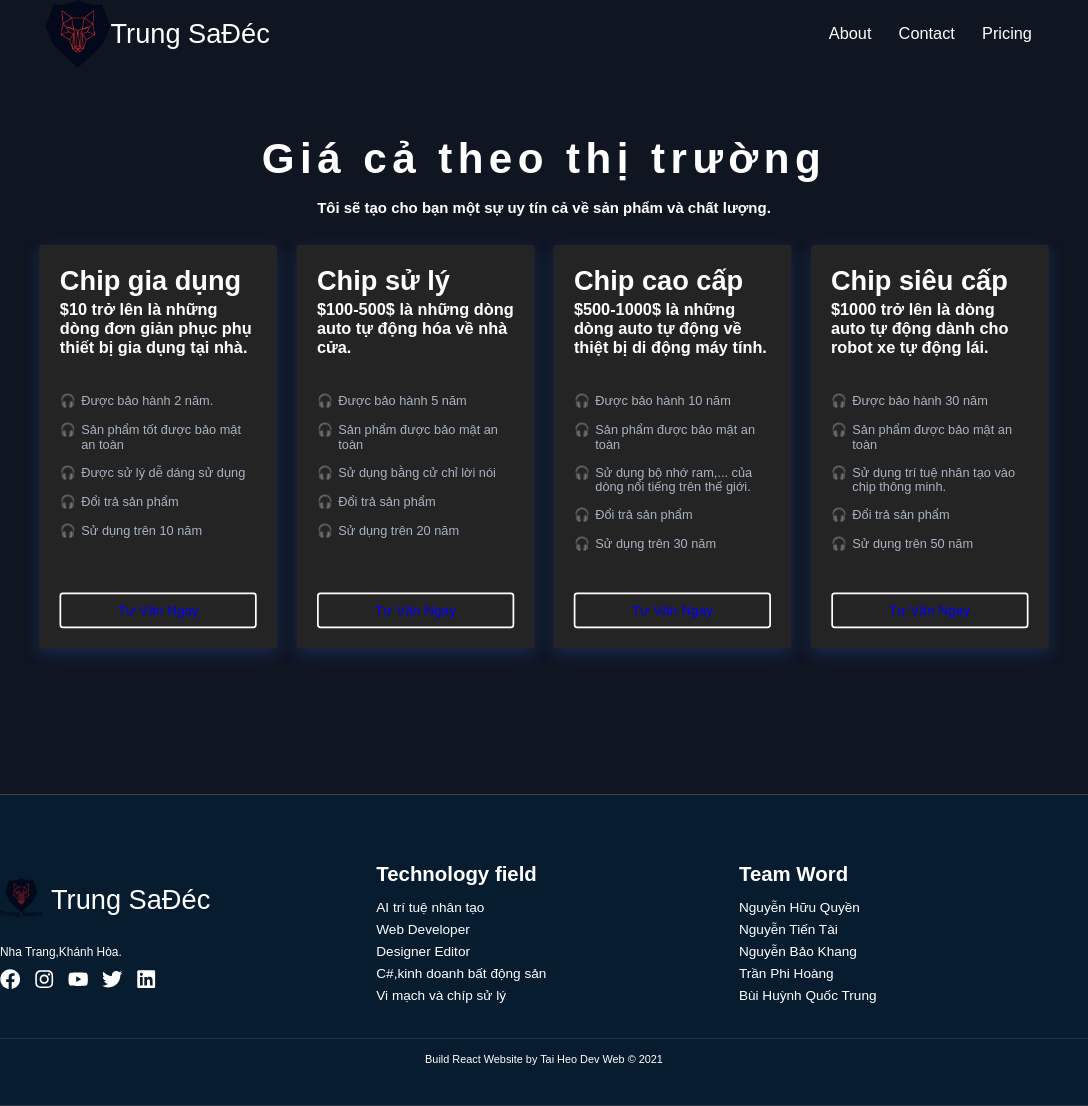
Repository: fdhhhdjd/Profile-Gift-B_H_Q_Trung
Page: /pricing
The author's editor kept a copy of each file at every save. The page is drawn from the files as they stood at one save, then again after the next save.
The browser window is 1280 px wide. The pictures show the whole page, at 85% of full size.
The project was rebuilt for these pictures with package versions that can differ from the ones it lists, and the page was loaded fresh each time. Also part of the build but not shown: src/Styles/FeaturesStyles.js, src/Components/FeaturesData.js, src/Styles/ContentStyles.js, src/Components/Content.js, src/Data/HeroData.js, src/Pages/Home.js, src/Styles/HeroStyles.js, src/Components/Hero.js. Imported but missing from the stored project, and not drawn on this page: src/Pages/SignUpPage.

Above is the page before, as saved 2021-10-29 11:44:20.

### src/App.js
import logo from "./logo.svg";
import "./App.css";
import { BrowserRouter as Router, Switch, Route } from "react-router-dom";
import {
  Home,
  Navbar,
  GlobalStyles,
  PricingPage,
  Footer,
} from "./Imports/Index";
function App() {
  return (
    <>
      <Router>
        <GlobalStyles />
        <Navbar />
        <Switch>
          <Route path="/" exact component={Home} />
          <Route path="/pricing" exact component={PricingPage} />
        </Switch>
        <Footer />
      </Router>
    </>
  );
}

export default App;

### src/App.css
.App {
  text-align: center;
}
*{
  text-decoration: none;
}

.App-logo {
  height: 40vmin;
  pointer-events: none;
}

@media (prefers-reduced-motion: no-preference) {
  .App-logo {
    animation: App-logo-spin infinite 20s linear;
  }
}

.App-header {
  background-color: #282c34;
  min-height: 100vh;
  display: flex;
  flex-direction: column;
  align-items: center;
  justify-content: center;
  font-size: calc(10px + 2vmin);
  color: white;
}

.App-link {
  color: #61dafb;
}

@keyframes App-logo-spin {
  from {
    transform: rotate(0deg);
  }
  to {
    transform: rotate(360deg);
  }
}

### src/Imports/Index.js
export { default as Home } from "../Pages/Home";
export { default as PricingPage } from "../Pages/PricingPage";
export { default as SignUpPage } from "../Pages/SignUpPage";
export { default as Navbar } from "../Components/Navbar";
export { default as GlobalStyles } from "../Styles/GlobalStyles";
export { default as Hero } from "../Components/Hero";
export { default as Footer } from "../Pages/Footer";

### src/Pages/PricingPage.js
import React from "react";
import { Button, Heading, TextWrapper } from "../Styles/GlobalStyles";
import { IconContext } from "react-icons/lib";
import {
  PricingSection,
  PricingWrapper,
  PricingContainer,
  PricingCardInfo,
  PricingCardPlan,
  PricingCardCost,
  PricingCardFeatures,
  PricingCardText,
  PricingCardFeature,
  PricingCard,
  CartA,
} from "../Styles/PricingStyles";
import { pricingData } from "../Data/PricingData";
const PricingPage = () => {
  return (
    <>
      <IconContext.Provider value={{ color: "#a9b3c1", size: "1rem" }}>
        <PricingSection id="pricing">
          <PricingWrapper>
            <Heading>Giá cả theo thị trường</Heading>

            <TextWrapper
              mb="1.4rem"
              weight="600"
              size="1.1rem"
              color="white"
              align="center"
            >
              <br />
              Tôi sẽ tạo cho bạn một sự uy tín cả về sản phẩm và chất lượng.
            </TextWrapper>
            <PricingContainer>
              {pricingData.map((card, index) => (
                <PricingCard key={index}>
                  <PricingCardInfo>
                    <PricingCardPlan>{card.title}</PricingCardPlan>
                    <PricingCardCost>{card.price}</PricingCardCost>
                    <PricingCardText>{card.description}</PricingCardText>
                    <PricingCardFeatures>
                      {card.features.map((feature, index) => (
                        <PricingCardFeature key={index}>
                          {feature}
                        </PricingCardFeature>
                      ))}
                    </PricingCardFeatures>

                    <Button>
                      <CartA href="tel:0348561815">Tư Vấn Ngay </CartA>
                    </Button>
                  </PricingCardInfo>
                </PricingCard>
              ))}
            </PricingContainer>
          </PricingWrapper>
        </PricingSection>
      </IconContext.Provider>
    </>
  );
};

export default PricingPage;

### src/Components/Navbar.js
import React, { useState, memo } from "react";
import { data } from "../Data/NavbarData";
import { FaRProject, FaTimes } from "react-icons/fa";
import { CgMenuRight } from "react-icons/cg";
import { IconContext } from "react-icons";
import { useLocation, useHistory } from "react-router-dom";
import {
  Nav,
  NavbarContainer,
  NavIcon,
  NavLogo,
  MobileIcon,
  NavMenu,
  NavItem,
  NavLinks,
} from "../Styles/NavbarStyles";
const Navbar = () => {
  const [show, setShow] = useState(false);
  let history = useHistory();
  let location = useLocation();
  const handleClick = () => {
    setShow(!show);
  };
  const scrollTo = (id) => {
    const element = document.getElementById(id);

    element.scrollIntoView({
      behavior: "smooth",
    });
  };
  const closeMobileMenu = (to, id) => {
    if (id && location.pathname === "/") {
      scrollTo(id);
    }

    history.push(to);
    setShow(false);
  };

  return (
    <>
      <IconContext.Provider value={{ color: "#fff" }}>
        <Nav>
          <NavbarContainer>
            <NavLogo to="/">
              <NavIcon src="./assets/logo2.png" alt="logo" />
              Trung&nbsp;SaĐéc
            </NavLogo>
            <MobileIcon onClick={handleClick}>
              {show ? <FaTimes /> : <CgMenuRight />}
            </MobileIcon>
            <NavMenu show={show}>
              {data.map((el, index) => (
                <NavItem key={index}>
                  <NavLinks onClick={() => closeMobileMenu(el.to, el.id)}>
                    {el.title}
                  </NavLinks>
                </NavItem>
              ))}
            </NavMenu>
          </NavbarContainer>
        </Nav>
      </IconContext.Provider>
    </>
  );
};

export default memo(Navbar);

### src/Pages/Footer.js
import React from "react";
import {
  FooterLinkItems,
  FooterLinkTitle,
  FooterLink,
  FooterLogo,
  SocialIcon,
  FooterRights,
  FooterSocialIcon,
  FooterWrapper,
  FooterAddress,
  FooterColumn,
  FooterGrid,
} from "../Styles/FooterStyles";
import { footerData, footerSocialData } from "../Data/FooterData";
import { Row, Section } from "../Styles/GlobalStyles";

function Footer() {
  return (
    <Section padding="4rem 0 2rem 0">
      <FooterWrapper>
        <FooterGrid justify="space-between">
          <FooterColumn id="footerLogo">
            <FooterLogo to="/">
              <SocialIcon src="./assets/logo1.png" />
              Trung SaĐéc
            </FooterLogo>
            <FooterAddress>Nha Trang,Khánh Hòa.</FooterAddress>

            <Row align="center" margin="auto  0 0 0" gap="1rem">
              {footerSocialData.map((social, index) => (
                <FooterSocialIcon
                  key={index}
                  href={social.href}
                  target="_blank"
                  aria-label={social.name}
                >
                  {social.icon}
                </FooterSocialIcon>
              ))}
            </Row>
          </FooterColumn>
          {footerData.map((footerItem, index) => (
            <FooterLinkItems key={index}>
              <FooterLinkTitle>{footerItem.title}</FooterLinkTitle>
              {footerItem.links.map((link, linkIndex) => (
                <FooterLink key={linkIndex} href={link.href} target="_blank">
                  {link.name}
                </FooterLink>
              ))}
            </FooterLinkItems>
          ))}
        </FooterGrid>
        <FooterRights>
          Build React Website by Tai Heo Dev Web © 2021
        </FooterRights>
      </FooterWrapper>
    </Section>
  );
}

export default Footer;

### src/Styles/PricingStyles.js
import styled from "styled-components";

export const PricingSection = styled.div`
  padding: 160px 0;
  display: flex;
  flex-direction: column;
  justify-content: center;
  background: #101522;
`;

export const PricingWrapper = styled.div`
  display: flex;
  flex-direction: column;
  align-items: center;
  margin: 0 auto;

  @media screen and (max-width: 960px) {
    margin: 0 30px;
    display: flex;
    flex-direction: column;
    align-items: center;
  }
`;

export const PricingContainer = styled.div`
  display: flex;
  justify-content: center;
  flex-flow: wrap;
  > div {
    margin: 0.7rem;
  }

  @media screen and (max-width: 768px) {
    display: flex;
    flex-direction: column;
    justify-content: center;
    align-items: center;
    width: 100%;
    > div {
      width: 90%;
    }
  }
`;

export const PricingCard = styled.div`
  &:hover {
    transform: scale(1.06);
    transition: all 0.3s ease-out;
  }
`;

export const PricingCardInfo = styled.div`
  background: #242424;
  box-shadow: 0 6px 20px rgba(56, 125, 255, 0.2);
  width: 280px;
  text-decoration: none;
  border-radius: 4px;
  height: 100%;

  display: flex;
  flex-direction: column;
  padding: 24px;
  color: #fff;
  margin: auto;
  > button {
    margin-top: auto;

    &:hover {
      color: black;
      background: white;
      transition: background 0.3s ease;
    }
  }

  @media screen and (max-width: 768px) {
    width: 90%;

    &:hover {
      transform: none;
    }
  }
`;

export const PricingCardPlan = styled.h3`
  margin-bottom: 5px;
  font-size: 2rem;
`;

export const PricingCardCost = styled.h4`
  font-size: 1.2rem;
`;

export const PricingCardText = styled.p`
  font-size: 1.1rem;
  margin: 0.4rem 0 1.3rem;
  color: #a9b3c1;
`;

export const PricingCardFeatures = styled.ul`
  margin: 16px 0 32px;
  list-style: none;
  display: flex;
  flex-direction: column;
  color: #a9b3c1;
`;

export const PricingCardFeature = styled.li`
  margin-bottom: 1rem;
  display: flex;
  font-size: 0.94rem;

  &:before {
    content: "🎧";
    margin-right: 0.4rem;
  }
`;
export const CartA = styled.a`
  text-decoration: none;
  color: blue;
`;

### src/Data/PricingData.js
export const pricingData = [
  {
    title: "Chip gia dụng",
    price:
      "$10 trở lên là những dòng đơn giản phục phụ thiết bị gia dụng tại nhà.",
    features: [
      "Được bảo hành 2 năm.",
      "Sản phẩm tốt được bảo mật an toàn",
      "Được sử lý dễ dáng sử dụng",
      "Đổi trả sản phẩm",
      "Sử dụng trên 10 năm",
    ],
  },
  {
    title: "Chip sử lý ",
    price: "$100-500$ là những dòng auto tự động hóa về nhà cửa.",
    numAcc: "50-500 accounts",
    features: [
      "Được bảo hành 5 năm",
      "Sản phẩm được bảo mật an toàn",
      "Sử dụng bằng cử chỉ lời nói",
      "Đổi trả sản phẩm",
      "Sử dụng trên 20 năm",
    ],
  },
  {
    title: "Chip cao cấp ",
    price:
      "$500-1000$ là những dòng auto tự động về thiệt bị di động máy tính. ",
    numAcc: "50-1000 accounts",
    features: [
      "Được bảo hành 10 năm",
      "Sản phẩm được bảo mật an toàn",
      "Sử dụng bộ nhớ ram,... của dòng nổi tiếng trên thế giới.",
      "Đổi trả sản phẩm",
      "Sử dụng trên 30 năm",
    ],
  },

  {
    title: "Chip siêu cấp",
    price: "$1000 trở lên là dòng auto tự động dành cho robot xe tự động lái.",
    numAcc: "1000+ Accounts",
    features: [
      "Được bảo hành 30 năm",
      "Sản phẩm được bảo mật an toàn",
      "Sử dụng trí tuệ nhân tạo vào chip thông minh.",
      "Đổi trả sản phẩm",
      "Sử dụng trên 50 năm",
    ],
  },
];

### src/Data/NavbarData.js
export const data = [
  {
    to: "/",
    title: "About",
    id: "about",
  },
  {
    to: "/signup",
    title: "Contact",
  },
  {
    to: "/pricing",
    title: "Pricing",
  },
];

### src/Styles/NavbarStyles.js
import styled from "styled-components";
import { Container } from "../Styles/GlobalStyles";
import { Link } from "react-router-dom";
export const Nav = styled.nav`
  background: transparent;
  margin-bottom: -80px;
  height: 80px;
  display: flex;
  justify-content: center;
  align-items: center;
  font-size: 1.2rem;
  position: absolute;
  top: 0;
  z-index: 50;
  width: 100%;

  transition: background-color 0.3s ease-in;
`;

export const NavbarContainer = styled(Container)`
  display: flex;
  justify-content: start;
  height: 80px;

  ${Container}
`;

export const NavLogo = styled(Link)`
  color: #fff;
  justify-self: flex-start;
  cursor: pointer;
  text-decoration: none;
  font-size: 2rem;
  display: flex;
  align-items: center;
  z-index: 50;
`;

export const NavIcon = styled.img`
  margin-right: 0, 5rem;
  width: 5rem;
`;

export const MobileIcon = styled.div`
  display: none;
  z-index: 50;

  @media screen and (max-width: 960px) {
    display: block;
    position: absolute;
    top: 0;
    right: 0;
    transform: translate(-100%, 60%);
    font-size: 1.8rem;
    cursor: pointer;
  }
`;

export const NavMenu = styled.ul`
  display: flex;
  align-items: center;
  list-style: none;
  text-align: center;
  width: 100%;

  @media screen and (max-width: 960px) {
    flex-direction: column;
    width: 100%;
    height: 100vh;
    position: fixed;
    padding-top: 30%;
    top: 0;
    left: 0;
    opacity: ${({ show }) => (show ? 1 : 0)};
    visibility: ${({ show }) => (show ? "visible" : "hidden")};
    transform: translateY(${({ show }) => (show ? "0" : "-10px")});
    transition: opacity 0.5s ease;
    background-color: #071c2f;
  }

  > li:first-child {
    margin-left: auto;
  }
`;

export const NavItem = styled.li`
  height: 80px;
  cursor: pointer;

  @media screen and (max-width: 960px) {
    width: 100%;

    &:hover {
      border: none;
    }
  }
`;

export const NavLinks = styled.span`
  color: #fff;
  display: flex;
  align-items: center;
  text-decoration: none;
  padding: 0.5rem 1rem;
  height: 100%;

  &:hover {
    color: #c8c9d8;
    transition: all 0.3s ease;
  }

  @media screen and (max-width: 960px) {
    text-align: center;
    padding: 2rem;
    width: 100%;
    display: table;

    &:hover {
      color: #4b59f7;
      transition: all 0.3s ease;
    }
  }
`;

export const NavBtnLink = styled(Link)`
  display: flex;
  justify-content: center;
  align-items: center;
  text-decoration: none;
  padding: 8px 16px;
  height: 100%;
  width: 100%;
  border: none;
  outline: none;
`;

### src/Styles/FooterStyles.js
import styled from "styled-components";
import { Link } from "react-router-dom";
import { Column, Row } from "../Styles/GlobalStyles";

export const FooterContainer = styled.div`
  background-color: #101522;
  padding: 4rem 0 2rem 0;
`;

export const FooterWrapper = styled.div`
  max-width: 1280px;
  margin-left: auto;
  margin-right: auto;
`;

export const FooterSubscription = styled.section`
  display: flex;
  flex-direction: column;
  justify-content: center;
  align-items: center;
  text-align: center;
  margin-bottom: 24px;
  padding: 24px;
  color: #fff;
`;

export const FooterSubHeading = styled.p`
  font-family: "Trebuchet MS", "Lucida Sans Unicode", "Lucida Grande",
    "Lucida Sans", Arial, sans-serif;
  margin-bottom: 24px;
  font-size: 24px;
`;

export const FooterRow = styled(Row)`
  flex-wrap: wrap;
  @media screen and (max-width: 820px) {
    > div {
      width: 20%;
    }

    > div:first-child {
      width: 100%;
    }
  }

  @media screen and (max-width: 420px) {
    flex-direction: column;
    align-items: center;

    * {
      width: 100%;
      text-align: center;
    }
  }
`;

export const FooterGrid = styled.div`
  display: grid;
  grid-template-columns: repeat(auto-fit, minmax(200px, 1fr));
  justify-content: center;
  align-items: center;
`;

export const FooterColumn = styled(Column)`
  @media screen and (max-width: 999px) {
    align-items: center;
    grid-column: 1/-1;
  }
`;

export const FooterSubText = styled.p`
  margin-bottom: 24px;
  font-size: 20px;
`;

export const FooterLinksContainer = styled.div`
  width: 100%;
  max-width: 1000px;
  display: flex;
  justify-content: center;

  @media screen and (max-width: 820px) {
    padding-top: 32px;
  }
`;

export const FooterLinkItems = styled.div`
  display: flex;
  flex-direction: column;
  margin: 16px;
  text-align: left;
  box-sizing: border-box;
  color: #fff;

  @media screen and (max-width: 1000px) {
    align-items: center;
  }
`;

export const FooterLinkTitle = styled.h2`
  margin-bottom: 16px;
`;

export const FooterLink = styled.a`
  color: #fff;
  text-decoration: none;
  margin-bottom: 0.5rem;

  &:hover {
    color: #0467fb;
    transition: 0.3s ease-out;
  }
`;

export const FooterLogo = styled(Link)`
  color: #fff;
  justify-self: start;
  cursor: pointer;
  text-decoration: none;
  font-size: 2rem;
  display: flex;
  align-items: center;
  margin-bottom: 16px;
`;

export const SocialIcon = styled.img`
  margin-right: 10px;
  width: 50px;
`;

export const FooterRights = styled.div`
  color: #fff;
  margin-bottom: 16px;
  width: 100%;
  font-size: 0.8rem;
  text-align: center;
  border-top: 1px solid #2d3748;
  padding: 1rem 0;
  margin: 1rem 0 0;
`;

export const FooterSocialIcon = styled.a`
  color: #fff;
  font-size: 24px;
`;

export const FooterAddress = styled.div`
  color: white;
  margin: 0.4rem auto 0.4rem;
  max-width: 20rem;
  font-weight: 500;
  font-size: 0.875rem;
  line-height: 2;
  text-align: center;

  @media screen and (min-width: 1000px) {
    margin-left: 0px;
    text-align: left;
    margin-right: 1rem;
  }
`;

### src/Data/FooterData.js
import React from "react";
import {
  FaFacebook,
  FaInstagram,
  FaYoutube,
  FaTwitter,
  FaLinkedin,
} from "react-icons/fa";

const iconStyle = (Icon) => <Icon />;

export const footerSocialData = [
  {
    name: "Facebook",
    href: "https://www.facebook.com/profile.php?id=100009136510942",
    icon: iconStyle(FaFacebook),
  },
  {
    name: "Instagram",
    href: "https://www.instagram.com/quoc_trung14/",
    icon: iconStyle(FaInstagram),
  },
  {
    name: "Email",
    href: "mailto:buihuynhquoctrung@gmail.com",
    icon: iconStyle(FaYoutube),
  },
  {
    name: "Zalo",
    href: "tel:0348561815",
    icon: iconStyle(FaTwitter),
  },
  {
    name: "Phone",
    href: "tel:0348561815",
    icon: iconStyle(FaLinkedin),
  },
];

export const footerData = [
  {
    title: "Technology field",
    links: [
      {
        name: "AI trí tuệ nhân tạo",
        href: "https://www.facebook.com/jonhny.nguyen.184",
      },
      {
        name: "Web Developer",
        href: "https://profile-forme.surge.sh/",
      },
      {
        name: "Designer Editor",
        href: "https://khang-designer.surge.sh//",
      },
      {
        name: "C#,kinh doanh bất động sản",
        href: "http://hoangpc.surge.sh/",
      },
      {
        name: "Vi mạch và chíp sử lý",
        href: "https://www.facebook.com/profile.php?id=100009136510942",
      },
    ],
  },
  {
    title: "Team Word",
    links: [
      {
        name: "Nguyễn Hữu Quyền",
        href: "https://www.facebook.com/jonhny.nguyen.184",
        title: "AI trí tuệ nhân tạo",
      },
      {
        name: "Nguyễn Tiến Tài",
        href: "https://www.facebook.com/profile.php?id=100006139249437",
      },
      {
        name: "Nguyễn Bảo Khang",
        href: "https://www.facebook.com/khanhgiangg102",
      },
      {
        name: "Trần Phi Hoàng",
        href: "https://www.facebook.com/hoang.p.tran.12",
      },
      {
        name: "Bùi Huỳnh Quốc Trung",
        href: "https://www.facebook.com/profile.php?id=100009136510942",
      },
    ],
  },
];

### src/Data/FeaturesData.js
import React from "react";

import { BsFillShieldLockFill } from "react-icons/bs";
import { IoIosOptions } from "react-icons/io";
import { AiOutlineCloudUpload } from "react-icons/ai";
import { BiSupport, BiDollar } from "react-icons/bi";
import { GrHostMaintenance } from "react-icons/gr";
const iconStyle = (Icon) => <Icon size="3rem" color="#0f0f0f" />;

export const featuresData = [
  {
    name: "Bảo mật dữ liệu",
    description:
      "Chúng tôi luôn đặt hàng đầu về vấn đề này để quý khách an tâm nhất.",
    icon: iconStyle(BsFillShieldLockFill),
    imgClass: "one",
  },
  {
    name: "Dễ Sử dụng",
    description:
      "Chip hay mạch đều lắp ráp và lập trình với mức độ dễ sử dụng nhất đến với khác hàng ",
    icon: iconStyle(IoIosOptions),
    imgClass: "two",
  },
  {
    name: "Vấn đề bảo hàng bảo dưỡng",
    description:
      "Bảo hàng bảo dường những thiết bị điện tử luôn được chúng tôi thiết kế dễ bảo trì sữa chữa.",
    icon: iconStyle(GrHostMaintenance),
    imgClass: "three",
  },
  {
    name: " Đội ngủ hộ trợ 24/7 ",
    description:
      "Nếu có thắc mắc hay vấn đề đội ngủ chúng tôi luôn giúp đỡ 24/7",
    icon: iconStyle(BiSupport),
    imgClass: "four",
  },
  {
    name: "Giá cả",
    description:
      "Luôn với mức ưu đãi nhất cho quý khách,chip,... mức giá thị trường.",
    icon: iconStyle(BiDollar),
    imgClass: "five",
  },
  {
    name: "Sản phẩm",
    description:
      "Đa dạng để phục vụ tất cả những yêu cầu của khách cùng với mức độ tin cậy nhất. ",
    icon: iconStyle(AiOutlineCloudUpload),
    imgClass: "six",
  },
];

Loaded but not shown: public/index.html (common file); src/index.js (common file); src/index.css (common file); src/reportWebVitals.js (common file); src/Styles/GlobalStyles.js (140 lines, source omitted)

After the next save:
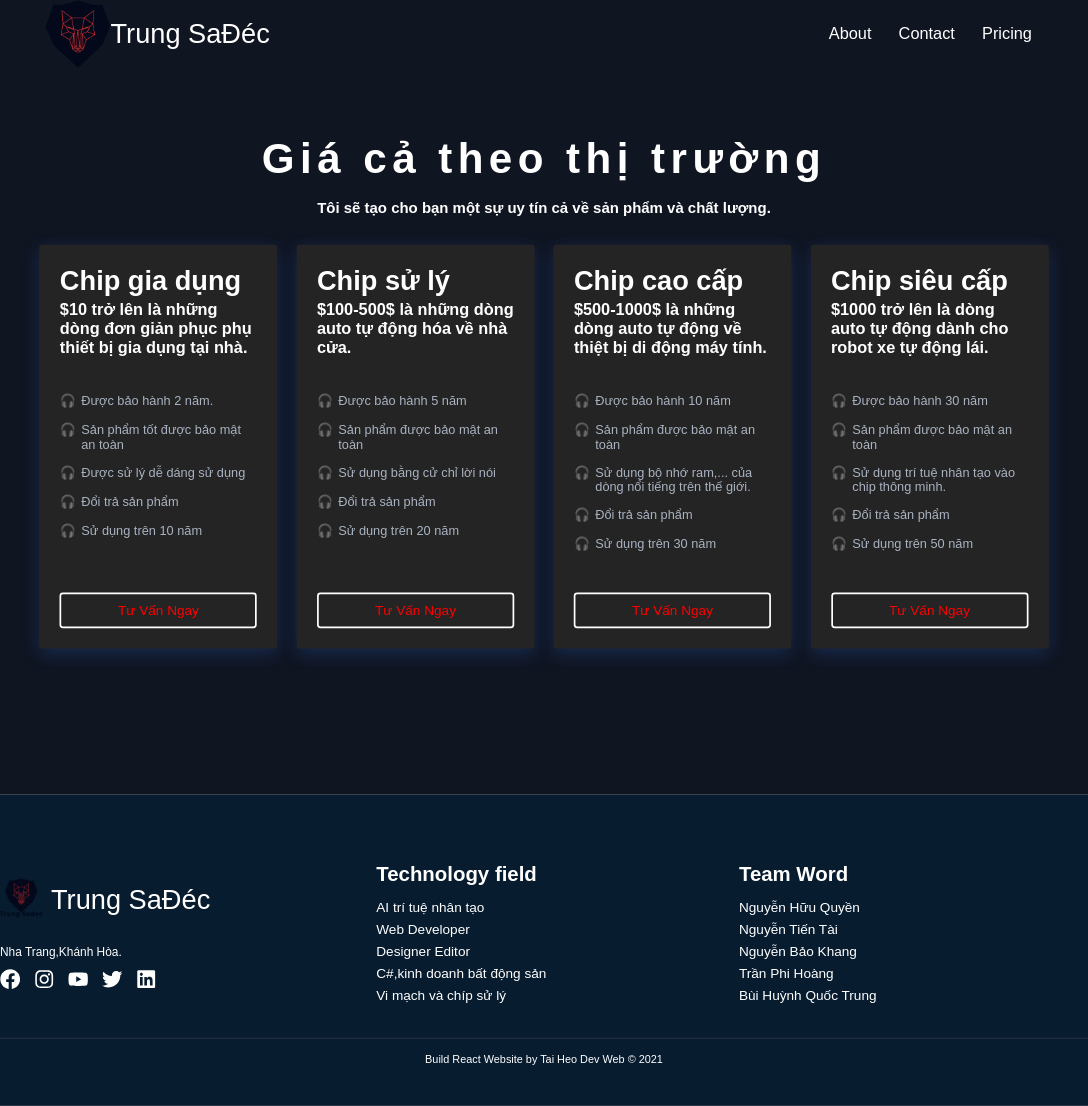
Saved 28 s later.
--- a/src/Styles/PricingStyles.js
+++ b/src/Styles/PricingStyles.js
@@ -116,5 +116,5 @@ export const PricingCardFeature = styled.li`
 `;
 export const CartA = styled.a`
   text-decoration: none;
-  color: blue;
+  color: red;
 `;
